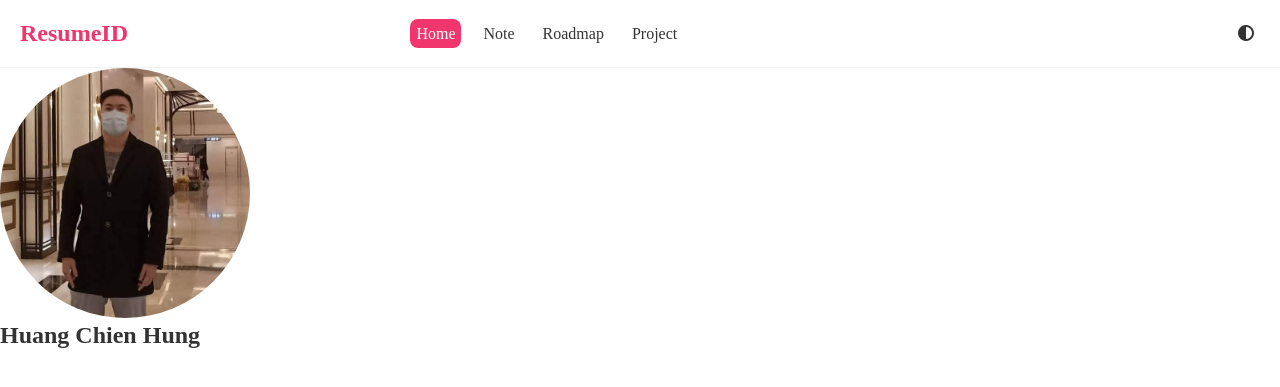
Repository: leo-play-code/ResumeID
Page: /
The author's editor kept a copy of each file at every save. The page is drawn from the files as they stood at one save, then again after a run of saves.
The browser window is 1280 px wide. The pictures show the whole page.
Some web libraries are served in a nearby version. The project was rebuilt for these pictures with package versions that can differ from the ones it lists, and the page was loaded fresh each time. Also part of the build but not shown: src/Note/Note.js, src/Roadmap/Roadmap.js, src/Project/Project.js.

Above is the page before, as saved 2022-10-18 14:13:40.

### public/index.html
<!DOCTYPE html>
<html lang="en">
  <head>
    <meta charset="utf-8" />
    <link rel="icon" href="%PUBLIC_URL%/favicon.ico" />
    <meta name="viewport" content="width=device-width, initial-scale=1" />
    <meta name="theme-color" content="#000000" />
    <meta
      name="description"
      content="Web site created using create-react-app"
    />
    <link rel="apple-touch-icon" href="%PUBLIC_URL%/logo192.png" />
    <link rel="manifest" href="%PUBLIC_URL%/manifest.json" />

    <!-- fontawesome -->
    <script src="https://kit.fontawesome.com/14e9a4f90b.js" crossorigin="anonymous"></script>
    <title>React App</title>
  </head>
  <body>
    <noscript>You need to enable JavaScript to run this app.</noscript>
    <div id="root"></div>
  </body>
</html>

### src/index.css
/* base styles */
* {
  margin: 0;
  font-family: "Quicksand";
  color: #333;
}
.navbar {
  padding: 20px;
  display: flex;
  align-items: center;
  max-width: 100%;
  margin: 0 auto;
  border-bottom: 1px solid #f2f2f2;
}
.navbar h1 {
  color: #f1356d;
}
.navbar-center{
  margin-inline: auto;
}
.navbar-center .page-selected{
  color:white;
  background: #f1356d;
  border-radius: 8px;
  pointer-events: none;
}
.navbar .navbar-right {
  margin-left: auto;
}
.navbar a {
  margin-left: 16px;
  text-decoration: none;
  padding: 6px;
}
.navbar a:hover {
  color: #f1356d;
}
.content {
  max-width: 600px;
  margin: 40px auto;
  padding: 20px;
}

/* Home */
.Home .profile-container{

}
.Home .picture img{
  border-radius: 50%;
  max-width: 250px;
}
.Home .profile-container .MainName{
  color:#5DADE2;
}

.Home .introduction-container{
  width: 600px;
  height:300px ;
  float:left;
}

### src/App.js
import Navbar from './Navbar/Navbar';
import { BrowserRouter as Router,Route,Switch} from 'react-router-dom'
import Home from './Home/Home';
import Note from './Note/Note';
import Roadmap from './Roadmap/Roadmap';
import Project from './Project/Project';

function App(){
    return (
        <Router>
            <div className="App">
            <Navbar />
                <Switch>
                    <Route exact path='/'>
                        <Home />
                    </Route>
                    <Route exact path='/Note'>
                        <Note />
                    </Route>
                    <Route exact path='/Roadmap'>
                        <Roadmap />
                    </Route>
                    <Route exact path='/Project'>
                        <Project />
                    </Route>

                </Switch>
            </div>
        </Router>

    )
}

export default App;

### src/Navbar/Navbar.js
import { useEffect, useState } from 'react';
import {Link} from 'react-router-dom';

function Navbar(){
    const [navbar_state,setPageState] = useState('');
    function ChangeColor(){
        console.log('changecolor')
    }
    function PageSelected(navbar_state){
        setPageState(navbar_state)
    }
    useEffect(()=>{
        const init_url_arr = window.location.href.split('/')
        const init_url_page = init_url_arr[init_url_arr.length-1]
        setPageState(init_url_page)
    })
    return (
        <nav className="navbar">
            <h1>ResumeID</h1>
            <span className='navbar-center'>
                {(navbar_state == '')&& <Link to="/" className='page-selected'>Home</Link>}
                {!(navbar_state == '')&&<Link to="/" onClick={()=>PageSelected('Home')}>Home</Link>}
                {(navbar_state == 'Note')&& <Link to="/Note" className='page-selected'>Note</Link>}
                {!(navbar_state == 'Note')&&<Link to="/Note" onClick={()=>PageSelected('Note')}>Note</Link>}
                {(navbar_state == 'Roadmap')&& <Link to="/Roadmap" className='page-selected'>Roadmap</Link>}
                {!(navbar_state == 'Roadmap')&&<Link to="/Roadmap" onClick={()=>PageSelected('Roadmap')}>Roadmap</Link>}
                {(navbar_state == 'Project')&& <Link to="/Project" className='page-selected'>Project</Link>}
                {!(navbar_state == 'Project')&&<Link to="/Project" onClick={()=>PageSelected('Project')}>Project</Link>}
            </span>
            <div className="navbar-right">
                <a onClick={ChangeColor}><i className="fa-solid fa-circle-half-stroke"></i></a>
            </div>
        </nav>
    )
}

export default Navbar ;

### src/Home/Home.js


function Home(){
    const pic = require('./static/image/selfy.jpg');
    return(
        <div className="Home">
            <div className='profile'>
                <div className="introduction">

                </div>
                <div className="picture">
                    <img src={pic} alt="" />
                    <h2 className='MainName'>Huang Chien Hung</h2>
                </div>
            </div>


        </div>
    )
}


export default Home ;

Loaded but not shown: src/index.js (common file); src/reportWebVitals.js (common file)

After the next 2 saves:
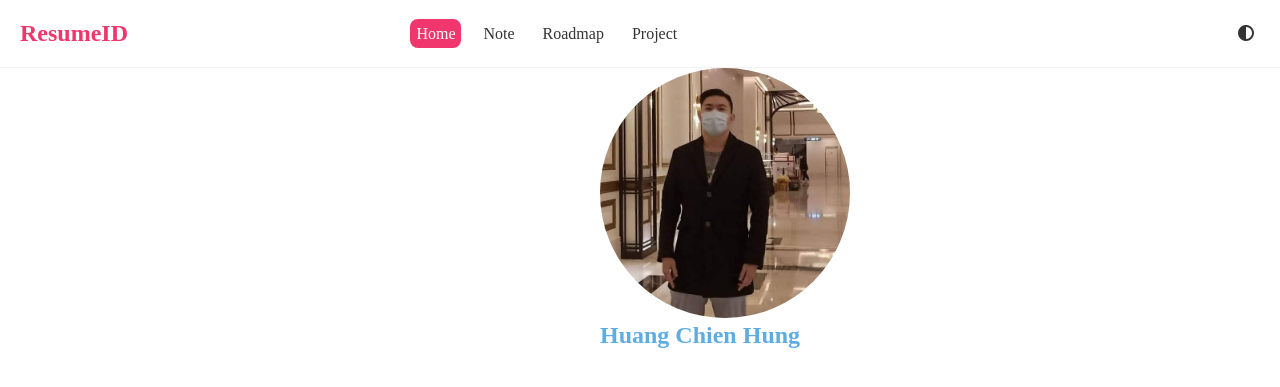
The 2 saves are shown as one change because they came seconds apart.
The last was saved 9 s later.
--- a/src/index.css
+++ b/src/index.css
@@ -49,11 +49,11 @@
   border-radius: 50%;
   max-width: 250px;
 }
-.Home .profile-container .MainName{
+.Home .profile .MainName{
   color:#5DADE2;
 }
 
-.Home .introduction-container{
+.Home .introduction{
   width: 600px;
   height:300px ;
   float:left;
